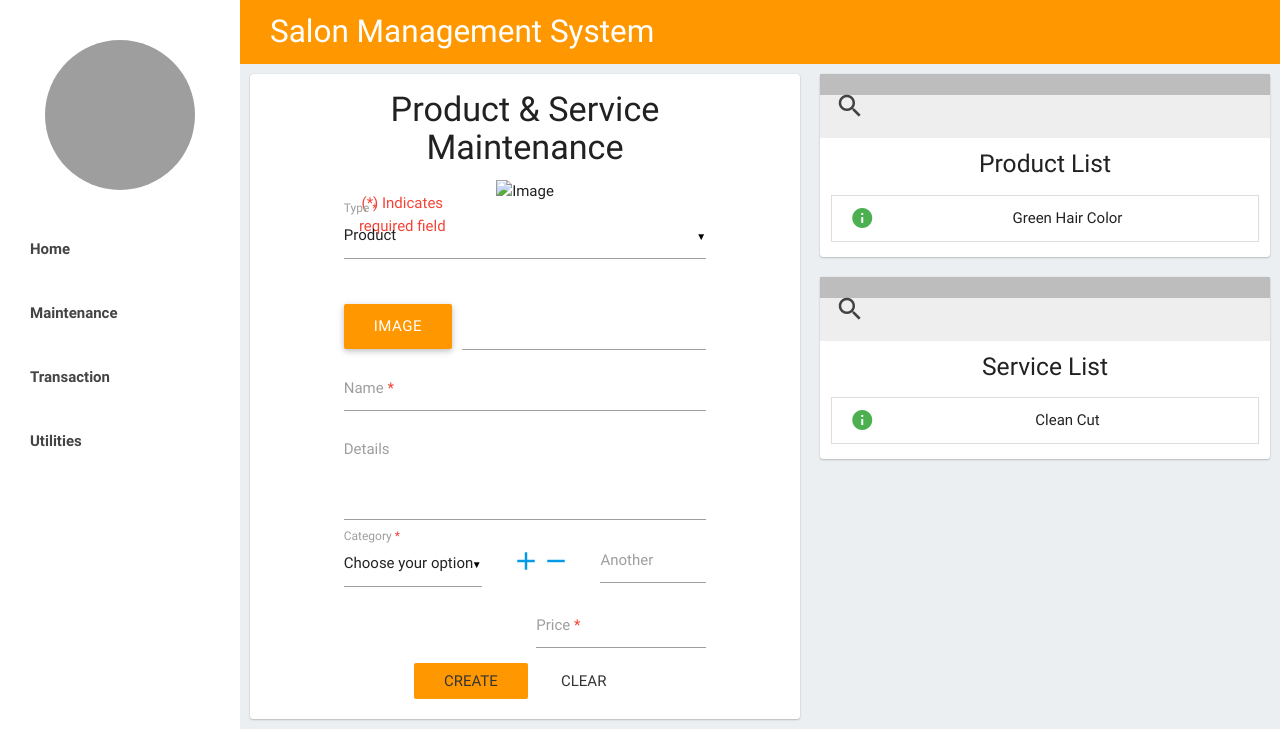
Repository: JKSantos/SAD_SalonManagement
Page: http://localhost/SalonManagement/maintenance-prodsvc.jsp
These files come from the project's save history. The page is drawn as it stood at one moment and after the next save; the edit follows.
The browser window is 1280 px wide. The pictures show the whole page.
Pictures or frames that could not be fetched are drawn as grey boxes. The page is served by Tomcat 9.

Above is the page before, as saved 2016-02-22 06:57:52.

After the next save:
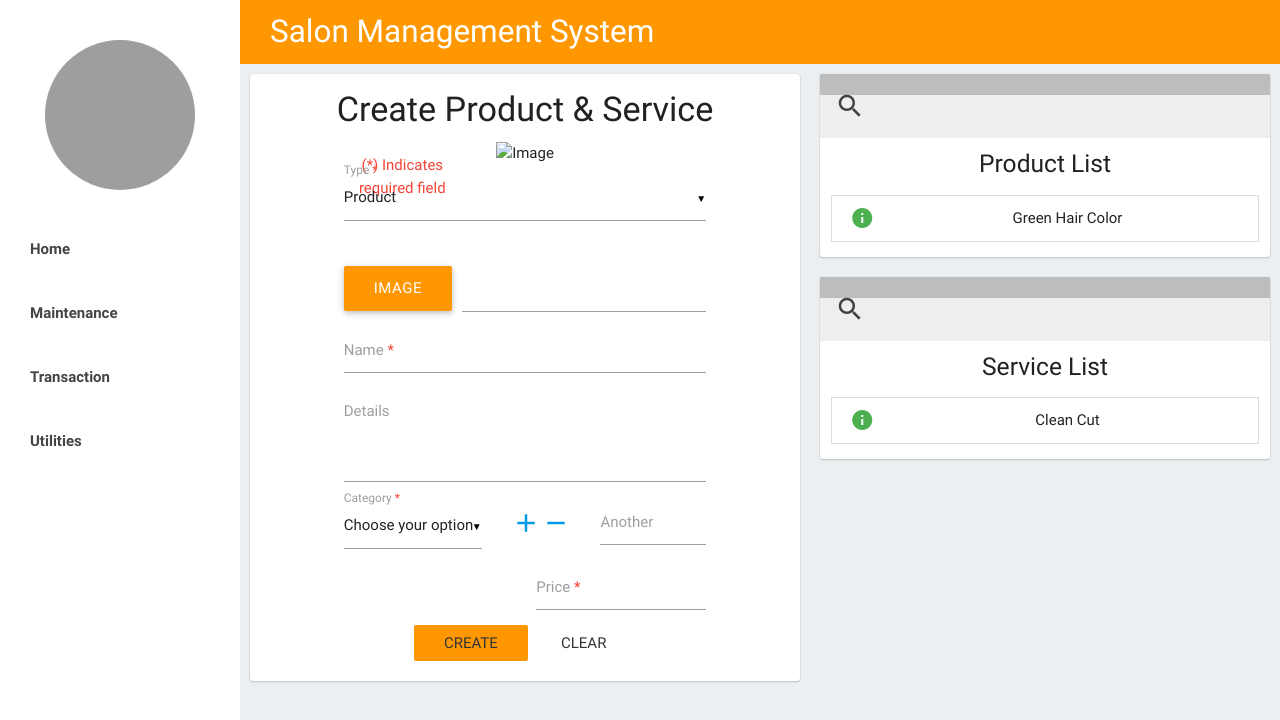
Saved 14 s later.
--- a/SalonManagement/WebContent/maintenance-prodsvc.jsp
+++ b/SalonManagement/WebContent/maintenance-prodsvc.jsp
@@ -90,7 +90,7 @@
                       <div class="aside aside1 z-depth-barts">
                         <!-- main aside2-->
                         <div class="container">
-                                            <header><h4>Product & Service Maintenance</h4></header>
+                                            <header><h4>Create Product & Service</h4></header>
                                                 <div class="row">
                                                     <form class="col s12">
                                                         <div class="input-field col s4">
